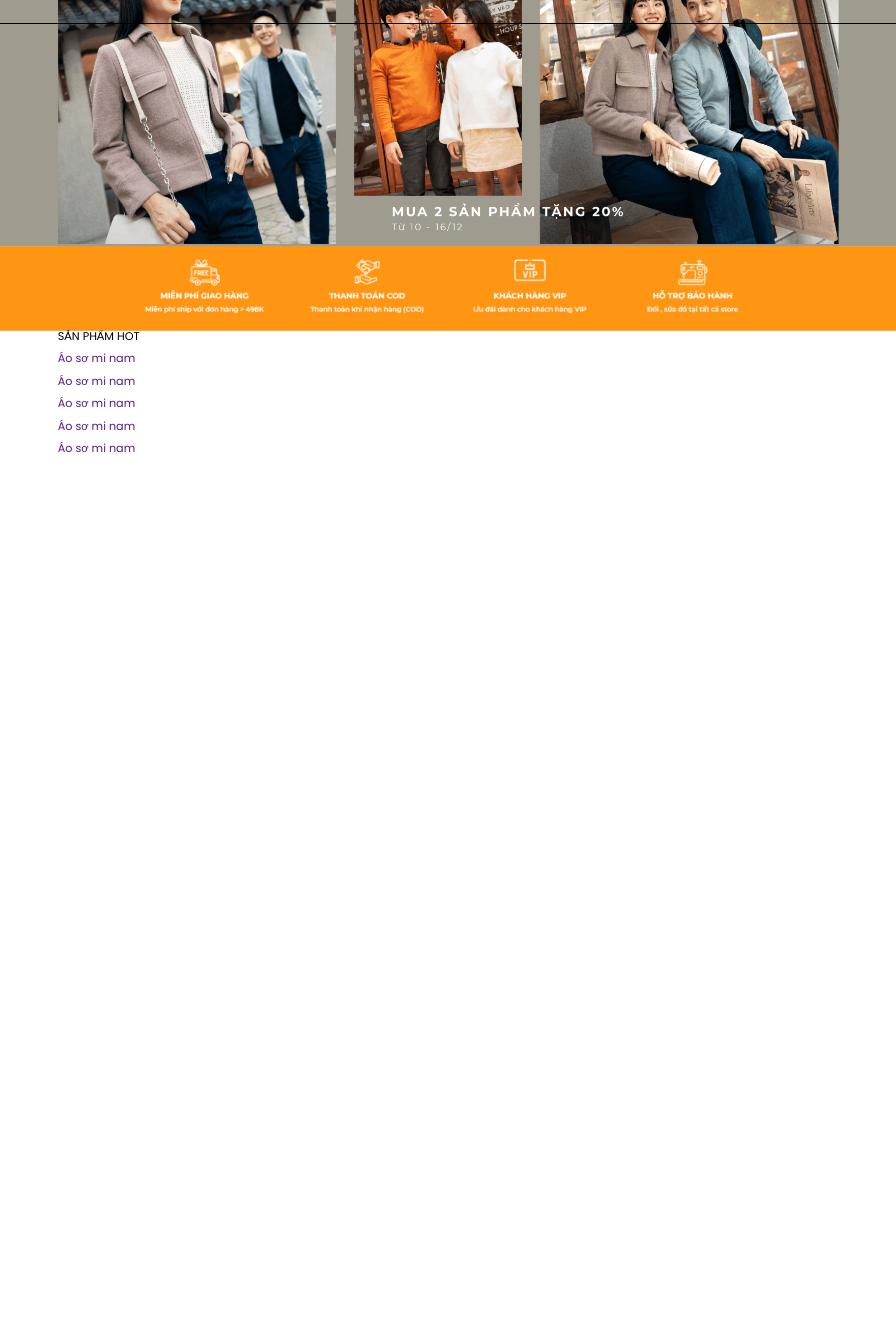
Repository: cuongchua2k2/BaiTapLon-web
Page: index.html
An editor plug-in stored every save of this project. The page is shown before and after the next save, followed by the edit.
The browser window is 1280 px wide. The pictures show the part of the page from y = 332 to 2252 px (the page is 5000 px tall), at 70% of full size.

Above is the page before, as saved 2023-12-06 18:42:24.

After the next save:
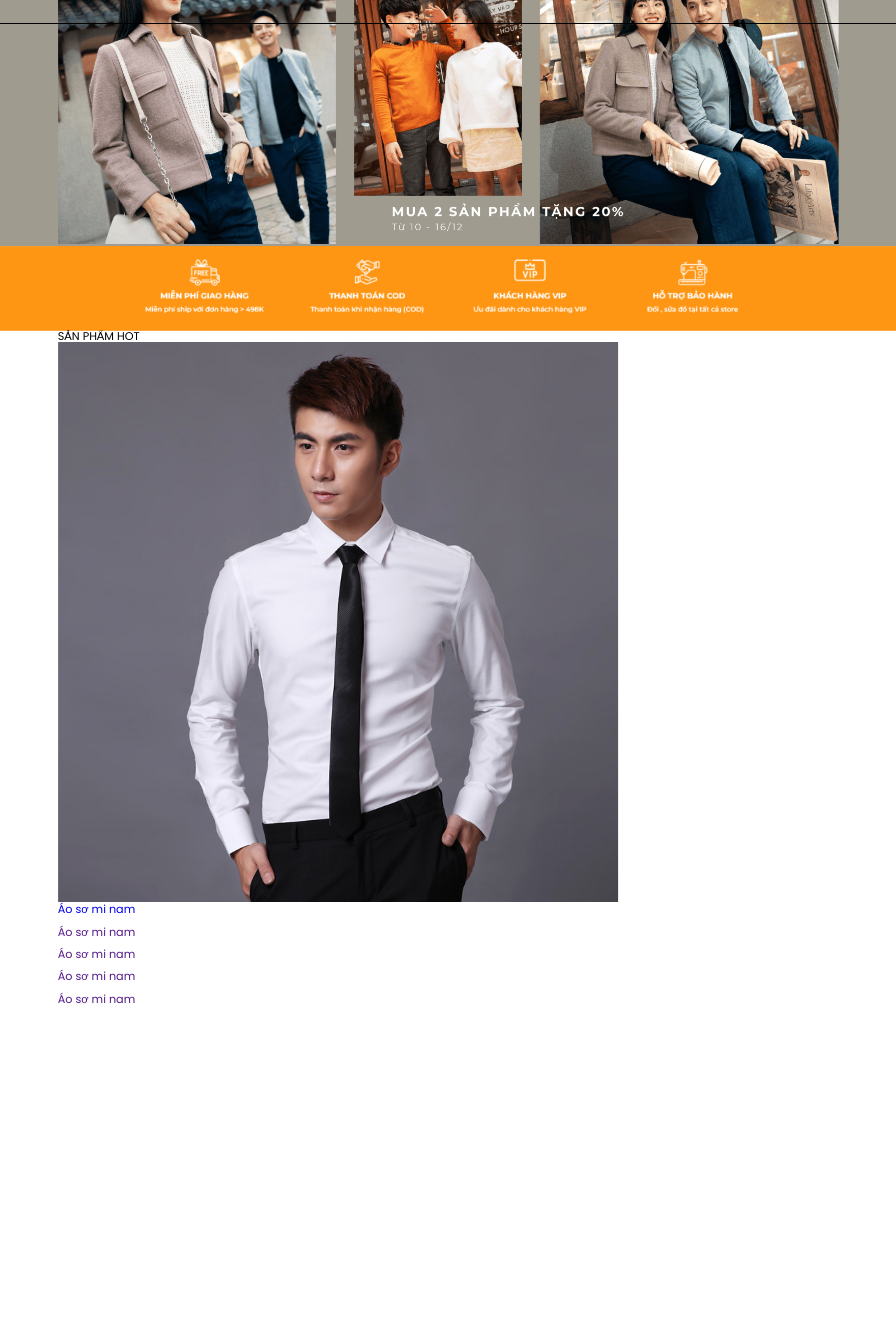
Saved 2 min 54 s later.
--- a/index.html
+++ b/index.html
@@ -121,9 +121,13 @@
           <div class="product__list">
             <!-- item 1 -->
             <div class="product__item">
-              <a href="">
+              <a href="#!">
                 <figure>
-                  <img src="" alt="" class="product__image" />
+                  <img
+                    src="./assets/img/ao-nam/20170217_0427bfbc9d71640bab001de0b67f8d7b_1487266014.jpg"
+                    alt=""
+                    class="product__image"
+                  />
                   <figcaption class="product__desc">Áo sơ mi nam</figcaption>
                 </figure>
               </a>
